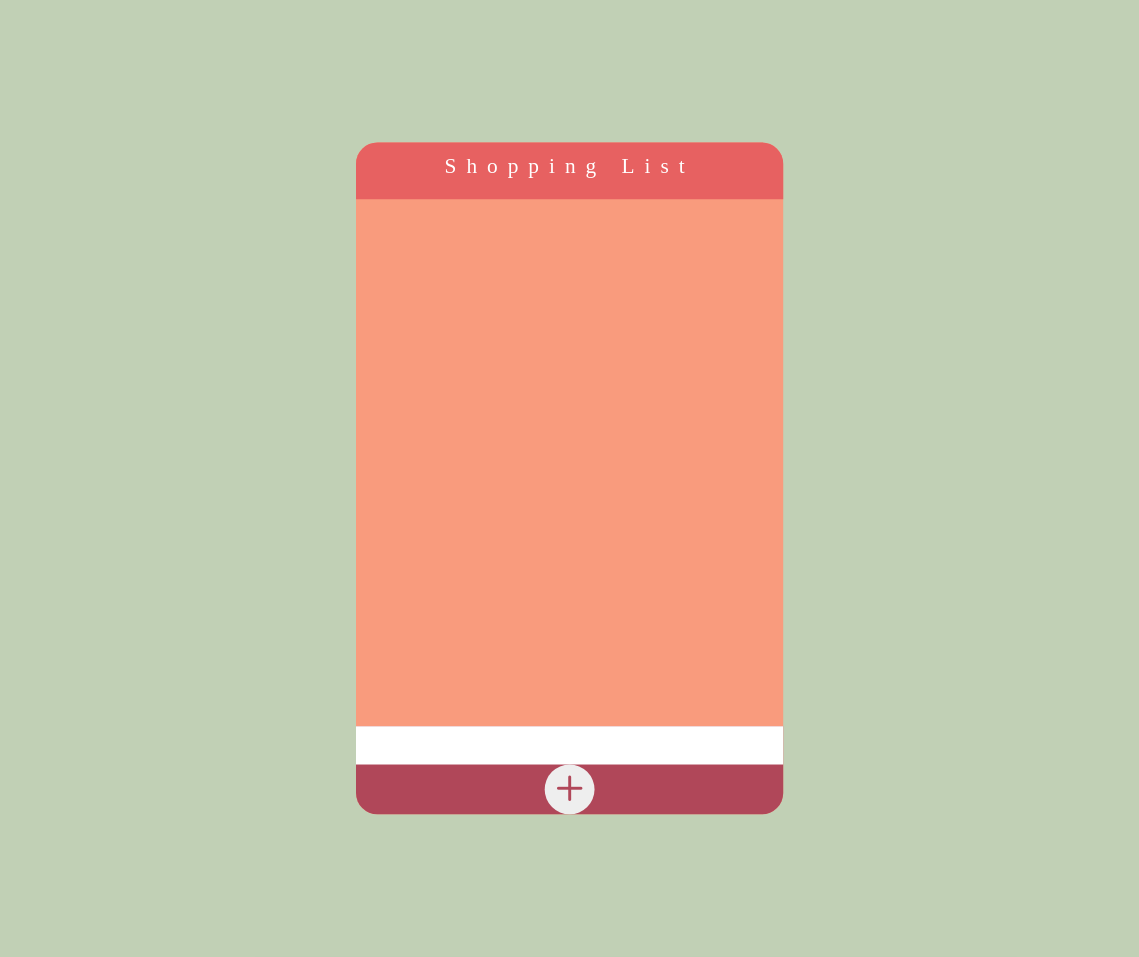
Repository: sephinejo/shopping-list-app
Page: index.html
These files come from the project's save history. The page is drawn as it stood at one moment and after the next save; the edit follows.
The browser window is 1280 px wide. The pictures show the whole page, at 89% of full size.
Some web fonts or font styles are not loaded; a fallback is used. Some web libraries are served in a nearby version.

Above is the page before, as saved 2023-05-12 17:39:18.

### index.html
<!DOCTYPE html>
<html lang="en">
  <head>
    <meta charset="UTF-8" />
    <meta http-equiv="X-UA-Compatible" content="IE=edge" />
    <meta name="viewport" content="width=device-width, initial-scale=1.0" />
    <title>Shopping List 🛍️🛒</title>
    <link rel="preconnect" href="https://fonts.googleapis.com" />
    <link rel="preconnect" href="https://fonts.gstatic.com" crossorigin />
    <link
      href="https://fonts.googleapis.com/css2?family=Alice&family=Raleway:wght@400;600;700;800&family=Ubuntu&display=swap"
      rel="stylesheet"
    />
    <script
      src="https://kit.fontawesome.com/9ac80604cb.js"
      crossorigin="anonymous"
    ></script>
    <script src="main.js" defer></script>
    <link rel="stylesheet" href="style.css" />
  </head>
  <body>
    <section class="container">
      <header class="header">Shopping List</header>
      <ul class="items"></ul>
      <footer>
        <input class="footer__input" type="text" />
        <button class="footer__add">
          <i class="fa-regular fa-plus"></i>
        </button>
      </footer>
    </section>
  </body>
</html>

### style.css
* {
  box-sizing: border-box;
}

body {
  text-align: center;
  background-color: #c1d0b5;
}

.container {
  margin: 10rem auto;
  width: 30rem;
  background-color: #f99b7d;
  border-radius: 1.5rem;
}

button {
  outline: none;
  background: transparent;
  border: none;
  cursor: pointer;
}

/*
Header
*/
.header {
  height: 4rem;
  padding: 0.8rem;
  font-family: 'Alice';
  font-size: 1.5rem;
  color: white;
  letter-spacing: 0.7rem;
  background: #e76161;
  border-radius: 1.5rem 1.5rem 0 0;
}

/*
Items
*/
.items {
  height: 35rem;
  overflow-y: auto;
  padding: 0;
}

.item__row {
  display: flex;
  flex-direction: column;
  padding: 0.5rem 2rem;
  font-size: 1.3rem;
  font-family: 'Raleway';
  font-weight: 500;
}

.item {
  display: flex;
  justify-content: space-between;
}

.item__checkbox {
  width: 1.3rem;
  height: 1.3rem;
}

.item__divider {
  width: 98%;
  height: 1px;
  background-color: #eeeeee;
  margin: 0.5rem 0 auto;
}

.item__delete {
  transition: all 300ms ease-in;
  font-size: 1.4rem;
  color: #fff;
}

.item__delete:hover {
  color: red;
  transform: scale(1.1);
}

/*
Footer
*/
footer {
  background: #b04759;
  display: flex;
  flex-direction: column;
  border-radius: 0 0 1.5rem 1.5rem;
}

.footer__input {
  height: 2.7rem;
  border: none;
  outline: none;
  font-family: 'Ubuntu';
  font-size: 1.4rem;
  padding: 0 0.7rem;
}

.footer__add {
  height: 3.5rem;
  width: 3.5rem;
  background-color: #eee;
  border-radius: 100%;
  font-size: 2.2rem;
  margin: auto;
  color: #b04759;
  transition: transform 300ms ease-in;
}

.footer__add:hover {
  transform: scale(1.1);
}

### main.js
const items = document.querySelector('.items');
const input = document.querySelector('.footer__input');
const addBtn = document.querySelector('.footer__add');

function onAdd() {
  const text = input.value;
  if (text === '') {
    input.focus();
    return;
  }

  const item = createItem(text);
  items.appendChild(item);
  input.value = '';
  input.focus();
}

function createItem(text) {
  const itemRow = document.createElement('li');
  itemRow.setAttribute('class', 'item__row');

  const item = document.createElement('div');
  item.setAttribute('class', 'item');

  const title = document.createElement('div');
  title.setAttribute('class', 'item__name');

  const checkbox = document.createElement('input');
  checkbox.setAttribute('class', 'item__checkbox');
  checkbox.setAttribute('name', 'item__checkbox');
  checkbox.setAttribute('type', 'checkbox');

  const name = document.createElement('label');
  name.setAttribute('for', 'item__checkbox');
  name.innerText = text;

  const deleteBtn = document.createElement('button');
  deleteBtn.setAttribute('class', 'item__delete');
  deleteBtn.innerHTML = '<i class="fa-regular fa-trash-can"></i>';
  deleteBtn.addEventListener('click', () => {
    items.removeChild(itemRow);
  });

  const itemDivider = document.createElement('div');
  itemDivider.setAttribute('class', 'item__divider');

  title.appendChild(checkbox);
  title.appendChild(name);

  item.appendChild(title);
  item.appendChild(deleteBtn);

  itemRow.appendChild(item);
  itemRow.appendChild(itemDivider);
  return itemRow;
}

addBtn.addEventListener('click', () => {
  onAdd();
});

input.addEventListener('keypress', () => {
  console.log('key');
});

After the next save:
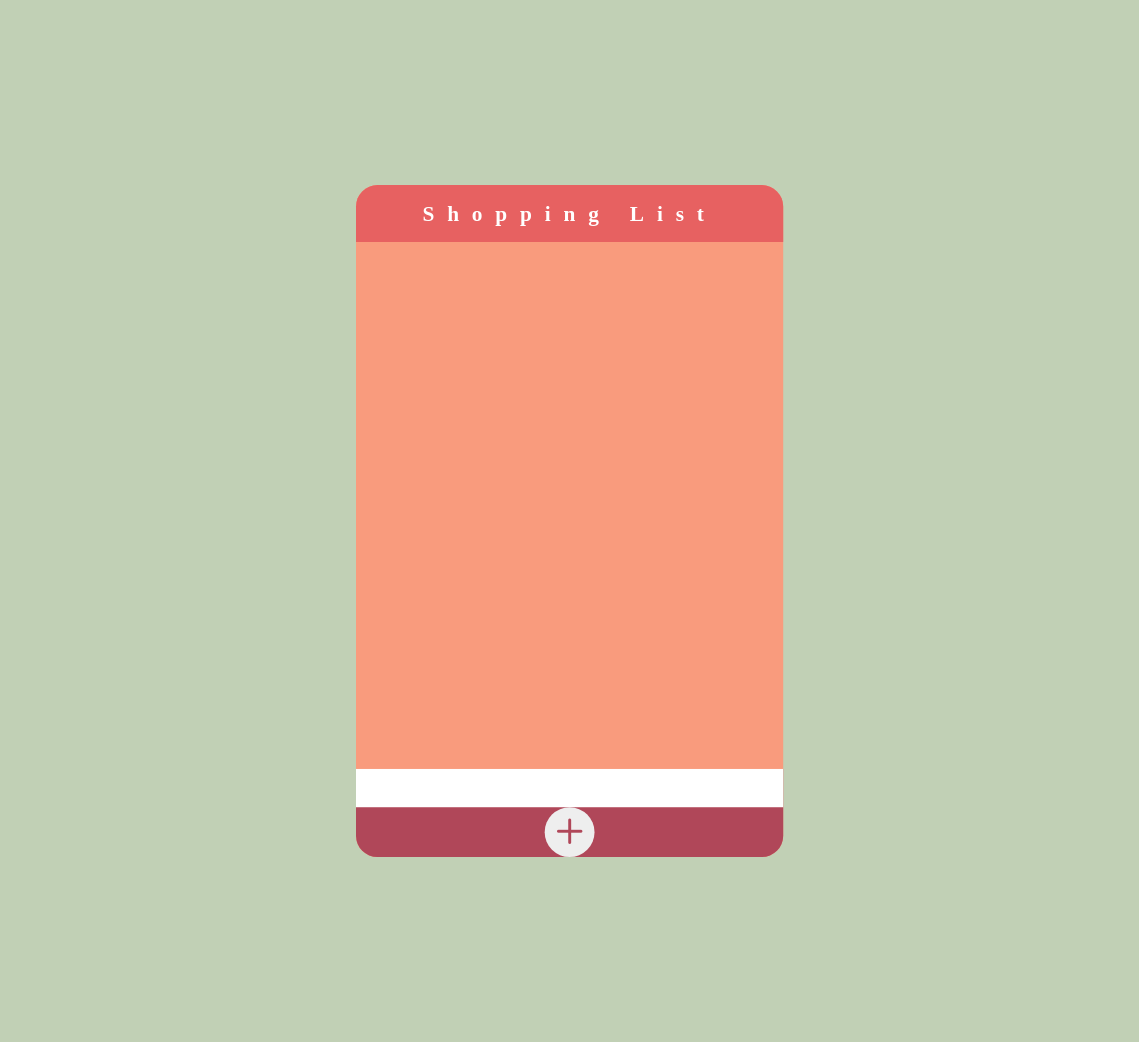
Saved 19 s later.
--- a/style.css
+++ b/style.css
@@ -8,7 +8,7 @@ body {
 }
 
 .container {
-  margin: 10rem auto;
+  margin: 13rem auto;
   width: 30rem;
   background-color: #f99b7d;
   border-radius: 1.5rem;
@@ -26,11 +26,12 @@ Header
 */
 .header {
   height: 4rem;
-  padding: 0.8rem;
+  padding: 1.2rem;
   font-family: 'Alice';
   font-size: 1.5rem;
+  font-weight: 700;
   color: white;
-  letter-spacing: 0.7rem;
+  letter-spacing: 0.9rem;
   background: #e76161;
   border-radius: 1.5rem 1.5rem 0 0;
 }
